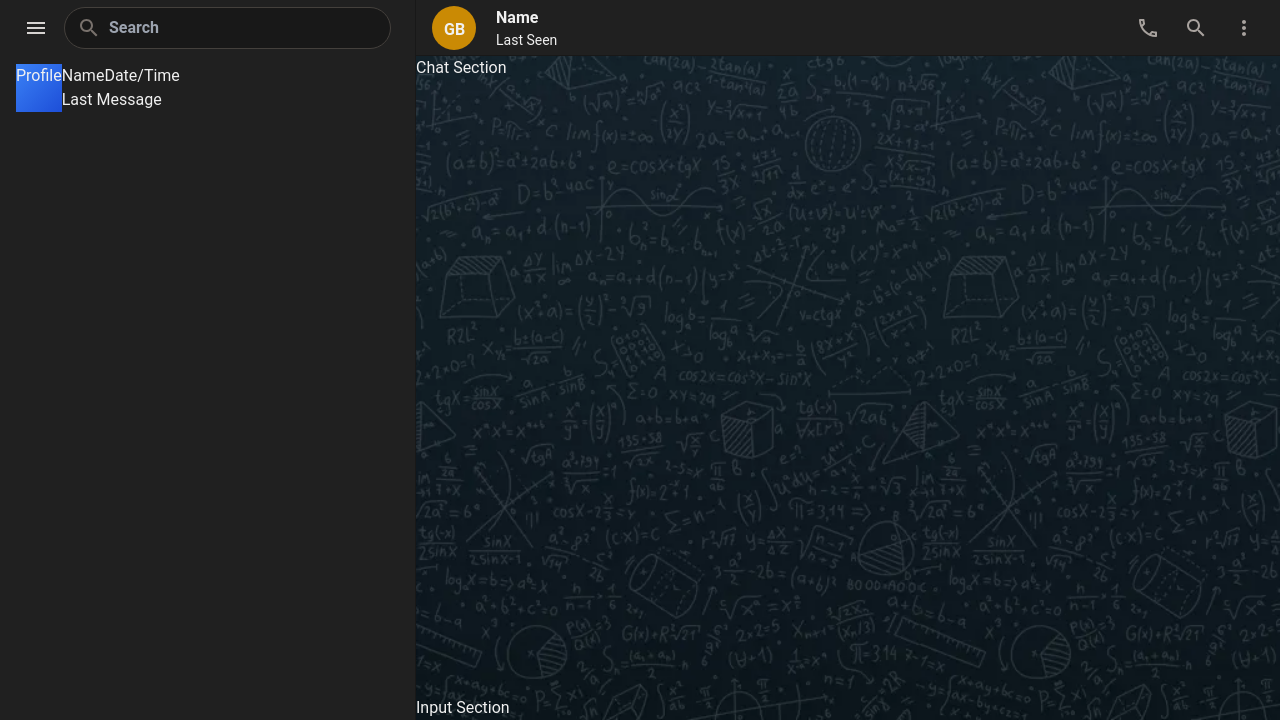
Repository: Qu4ntumGuy/telegram-clone
Page: /
An editor plug-in stored every save of this project. The page is shown before and after the next save, followed by the edit.
The browser window is 1280 px wide. The pictures show the whole page.
The page's requests for data from a server got no answer. The project was rebuilt for these pictures with package versions that can differ from the ones it lists, and the page was loaded fresh each time. No one was signed in, and anything a server would have sent is missing. Also part of the build but not shown: src/Pages/ChatPage.js/ChatPage.js.

Above is the page before, as saved 2024-07-15 13:44:55.

After the next save:
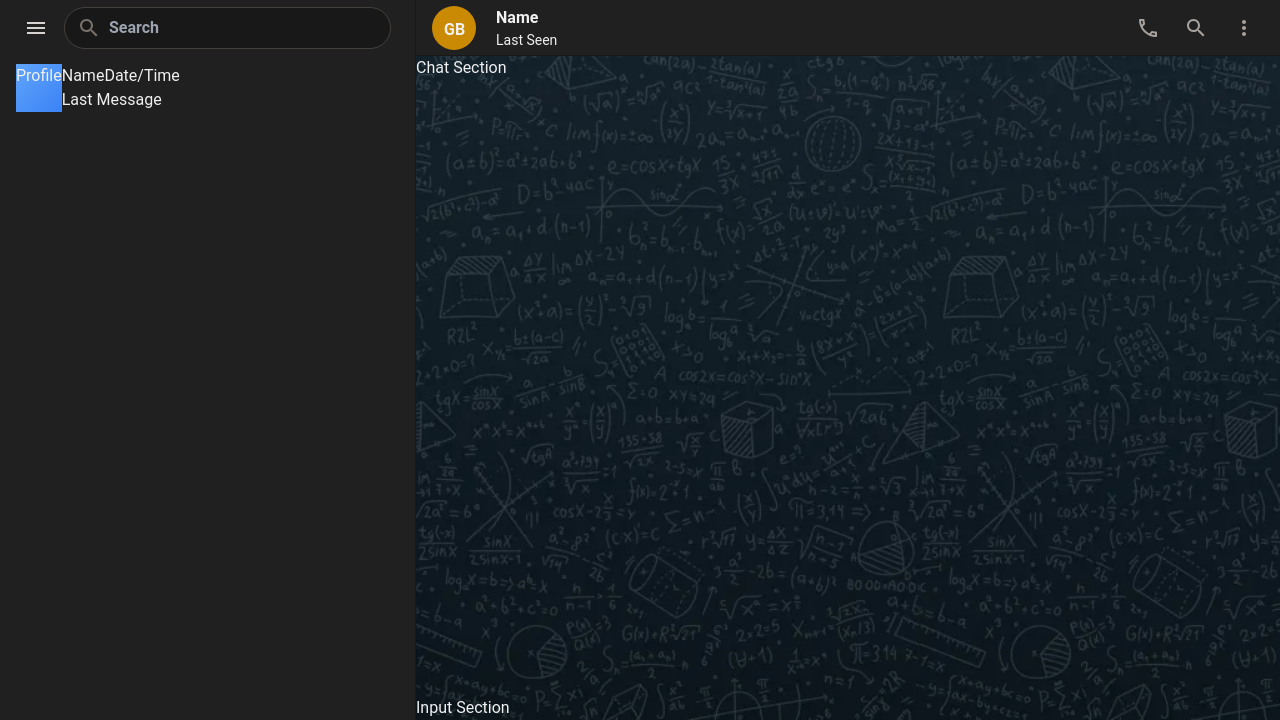
Saved 6 s later.
--- a/src/Components/Chat.js
+++ b/src/Components/Chat.js
@@ -3,7 +3,7 @@ import React from "react";
 function Chat({ name, profile }) {
   return (
     <div className="flex hover:bg-stone-700 hover:bg-opacity-30 p-2 mx-2 rounded-lg">
-      <div className=" bg-gradient-to-br from-blue-500 to-blue-700">
+      <div className=" bg-gradient-to-br from-blue-400 to-blue-500">
         Profile
       </div>
       <div className="flex flex-col">
